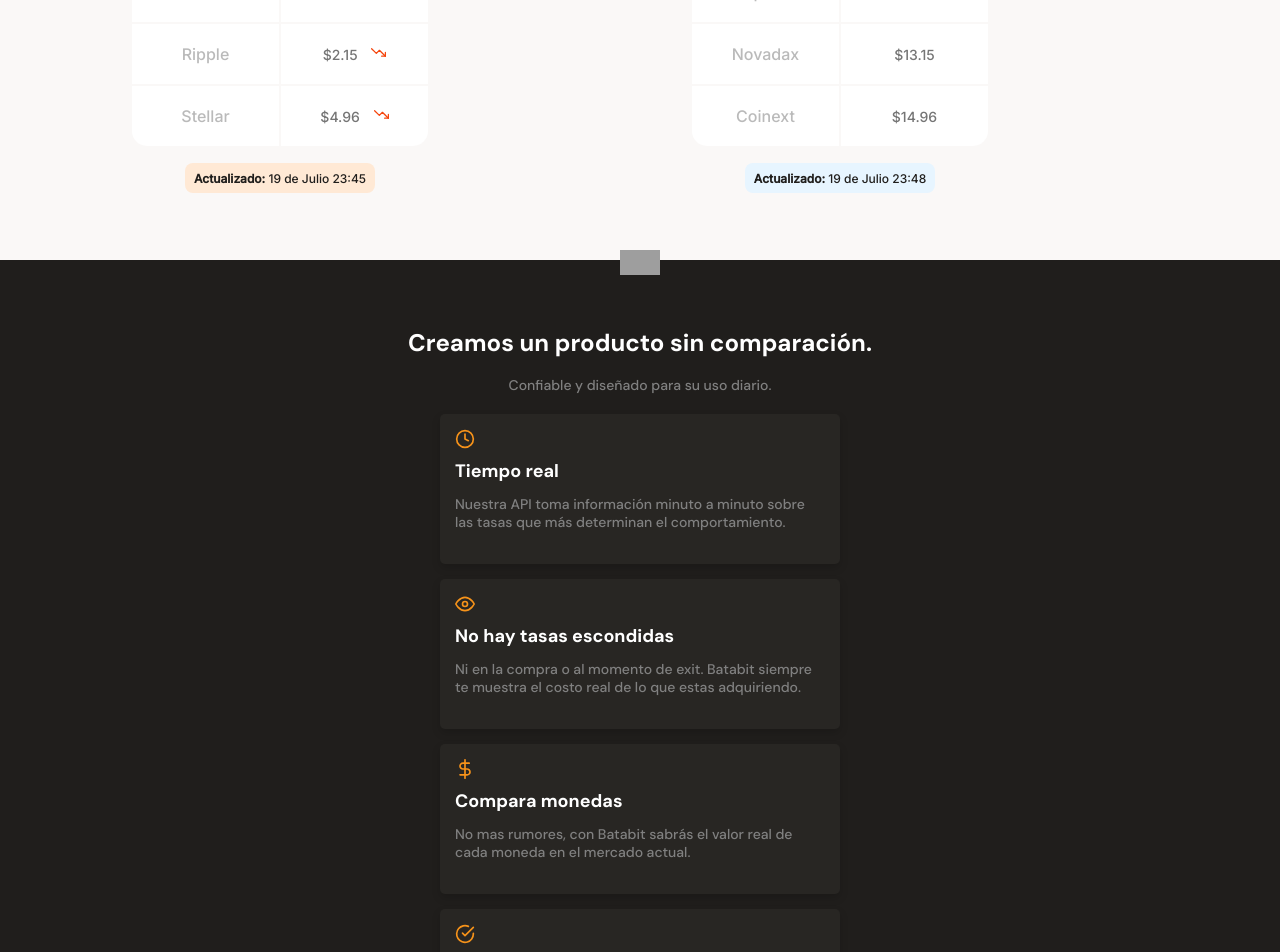
Repository: EnzoSz/Mobile-First
Page: index.html
An editor plug-in stored every save of this project. The page is shown before and after the next save, followed by the edit.
The browser window is 1280 px wide. The pictures show the part of the page from y = 906 to 1858 px (the page is 2992 px tall before and 3022 px after).
Pictures or frames that could not be fetched are drawn as grey boxes.

Above is the page before, as saved 2021-02-05 13:27:11.

### index.html
<!DOCTYPE html>
<html lang="en">
<head>
    <meta charset="UTF-8">
    <meta name="viewport" content="width=device-width, initial-scale=1.0">
    <title>Document</title>
    <link rel="preconnect" href="https://fonts.gstatic.com">
    <link href="https://fonts.googleapis.com/css2?family=DM+Sans:wght@400;500;700&family=Inter:wght@300;500&display=swap" rel="stylesheet">
    <link rel="stylesheet" href="./estilos.css">
</head>
<body>
    <header>
        <img src="./assets/img/logo.svg" alt="">
        <div class="header--title-container">
            <h1>La próxima revolución en el intercambio de criptomonedas.</h1>
            <p>Batabit te ayuda a navegar entre los diferentes precios y tendencias.</p>
            <a href="#plans" class="header--button">Conoce Nuestros Planes <span></span></a>
        </div>
    </header>
    <main>
        <section class="main-exchange-container">
            <div class="backgroundImg"></div>
            <div class="main.exchange-container--title">
                <h2>Visibilizamos todas las tasas de cambio.</h2>
                <p>
                    Traemos informacion en  tiempo real de las casas de cambio y las monedas más importante del mundo.

                </p>
            </div>
            <section class="main-tables-container">
                <div class="main-currency-table">
                    <p class="currency-table--title">Monedas</p>
                    <div class="currency-table--container">
                        <table>
                            <tr>
                                <td class="table__top-left">Bitcoin</td>
                                <td class="table__top-right table__right">$1.96 <span class="down"></span></td>
                            </tr>
                            <tr>
                                <td>Ethereum</td>
                                <td class="table__right">$0.07 <span class="up"></span></td>
                            </tr>
                            <tr>
                                <td>Ripple</td>
                                <td class="table__right">$2.15 <span class="down"></span></td>
                            </tr>
                            <tr>
                                <td class="table__bottom-left">Stellar</td>
                                <td class="table__bottom-right table__right">$4.96 <span class="down"></span></td>
                            </tr>
                        </table>
                    </div>
                    <div class="currency-table-date">
                        <p>
                            <b>Actualizado:</b> 19 de Julio 23:45
                        </p>
                    </div>
                </div>
                <div class="main-commissions-table">
                    <p class="commissions-table--title">Comisiones</p>
                    <div class="commissions-table--container">
                        <table>
                            <tr>
                                <td class="table__top-left">Bitrade</td>
                                <td class="table__top-right table__right">$12.96</td>
                            </tr>
                            <tr>
                                <td>Bitpreco</td>
                                <td class="table__right">$13.07</td>
                            </tr>
                            <tr>
                                <td>Novadax</td>
                                <td class="table__right">$13.15</td>
                            </tr>
                            <tr>
                                <td class="table__bottom-left">Coinext</td>
                                <td class="table__bottom-right table__right">$14.96</td>
                            </tr>
                        </table>
                    </div>
                    <div class="commissions-table-date">
                        <p>
                            <b>Actualizado:</b> 19 de Julio 23:48
                        </p>
                    </div>
                </div>
            </section>
        </section>
        <section class="main-product-detail">
            <span class="product-detail--batata-logo"></span>
            <div class="product-detail--title">
                <h2>
                    Creamos un producto sin comparación.
                </h2>
                <p>
                    Confiable y diseñado para su uso diario.
                </p>
            </div>
            <section class="product-cards--container">
                <article class="product-detail--card">
                    <span class="icon-card clock"></span>
                    <p class="product--card-title">Tiempo real</p>
                    <p class="product--card-body">
                        Nuestra API toma información minuto a minuto sobre las tasas que más determinan el comportamiento.
                    </p>
                </article>
                <article class="product-detail--card">
                    <span class="icon-card eye "></span>
                    <p class="product--card-title">No hay tasas escondidas</p>
                    <p class="product--card-body">
                        Ni en la compra o al momento de exit. Batabit siempre te muestra el costo real de lo que estas adquiriendo.
                    </p>
                </article>
                <article class="product-detail--card">
                    <span class="icon-card dollar "></span>
                    <p class="product--card-title">Compara monedas</p>
                    <p class="product--card-body">
                        No mas rumores, con Batabit sabrás el valor real de cada moneda en el mercado actual.
                    </p>
                </article>
                <article class="product-detail--card">
                    <span class="icon-card check "></span>
                    <p class="product--card-title">información confiable</p>
                    <p class="product--card-body">
                        Nuestras fuentes estan 100% verificadas y continuamos auditando su contenido mientras se actualizan.
                    </p>
                </article>
            </section>

        </section>
        <section class="bitcoin-img-container">
            <h2>Conócelo hoy.</h2>
        </section>
        <section id="plans" class="main-plans-container">
            <div class="plans--title">
                <h2>Escoge un plan que mejor se ajuste a ti.</h2>
                <p>Cualquier plan te da acceso completo a nuestra plataforma.</p>
            </div>
            <section class="plans-container--slider">
                <article class="plan-container--card">
                    <p class="recomendado">Recomendado</p>
                    <div class="plan-info-container">
                        <h3 class="plan-card--title">Pago Anual</h3>
                        <p class="plan-card--price"><span>$</span>99</p>
                        <p class="plan-card--saving">* Ahorras $129 comparado al plan mensual.</p>
                        <button class="plan-card--ca">Escoger este <span></span></button>
                    </div>
                </article>
                <article class="plan-container--card">
                    <p class="basico">Basico</p>
                    <div class="plan-info-container">
                        <h3 class="plan-card--title">Pago Mensual</h3>
                        <p class="plan-card--price"><span>$</span>150</p>
                        <p class="plan-card--saving">* Contas con todos los beneficios.</p>
                        <button class="plan-card--ca">Escoger este <span></span></button>
                    </div>
                </article>
                <article class="plan-container--card">
                    <p class="premium">Premiun</p>
                    <div class="plan-info-container">
                        <h3 class="plan-card--title">Pago Anual</h3>
                        <p class="plan-card--price"><span>$</span>200</p>
                        <p class="plan-card--saving">* Podrás invitar a un familiar o amigo.</p>
                        <button class="plan-card--ca">Escoger este <span></span></button>
                    </div>
                </article>
            </section>
        </section>
    </main>
    <footer></footer>
</body>
</html>

### estilos.css
/*
1. Posicionamiento
2. Modelo de caja (Box model)
3. Tipografía
4. Visuales
5. Otros
*/
:root {
    /*Colores */
    --bitcoin-orange: #F7931A;
    --soft-orange: #FFE9D5;
    --secondary-blue: #1A9AF7;
    --soft-blue: #E7F5FF;
    --warm-black: #201E1C;
    --warm-black1: #282623;
    --grey: #BABABA;
    --off-white: #FAF8F7;
    --just-white: #FFFFFF;
}
* {
    box-sizing: border-box;
    margin: 0;
    padding: 0;
}
html {
    font-size: 62.5%;
    font-family: 'DM Sans', sans-serif;
}
header {
    position: relative;
    display: flex;
    flex-direction: column;
    justify-content: center;
    width: 100%;
    min-width: 32rem;
    height: 33.4rem;
    text-align: center;
    background: linear-gradient(207.8deg, #201E1C 16.69%, #F7931A 100%);;
}
header img {
    width: 15rem;
    height: 2.4rem;
    margin-top: 6.0rem;
    align-self:center;
}
.header--title-container {
    width: 90%;
    min-width: 28.8rem;
    max-width: 90rem;
    height: 21.8rem;
    margin-top: 4rem;
    text-align: center;
    align-self:center;

}
.header--title-container h1 {
    font-size: 2.4rem;
    font-weight: bold;
    line-height: 2.6rem;
    color: var(--just-white);
}
.header--title-container p {
    margin-top: 25px;
    font-size: 1.4rem;
    font-weight: 500;
    line-height: 1.8rem;
    color: var(--soft-orange);
}
.header--title-container .header--button {
    position: absolute;
    left: calc(50% - 118px);
    top: 270px;
    display: block;
    margin-top: 35px;
    padding: 15px;
    width: 229px;
    height: 48px;
    background-color: var(--off-white);
    /*Sombra*/
    box-shadow: 0px 4px 8px rgba(89, 73, 30, 0.16);
    border: none;
    border-radius: 5px;
    font-size: 1.4rem;
    font-weight: bold;
    text-decoration: none;
    color: var(--warm-black1);
}
.header--button span {
    display: inline-block;
    width: 13px;
    height: 8px;
    margin-left: 10px;
    background-image: url('./assets/icons/arrow-down.svg');
}
main {
    width: 100%;
    height: auto;
    background-color: var(--off-white);
}
.main-exchange-container {
    width: 100%;
    height: auto;
    padding-top: 80px;
    padding-bottom: 30px;
    text-align: center;
}
.main-exchange-container--title {
    width: 90%;
    min-width: 288px;
    max-width: 900px;
    margin: 0 auto;
}
.main-exchange-container .backgroundImg {
    width: 200px;
    height: 200px;
    margin: 0 auto;
    margin-bottom: 50px;
    background-image:url('./assets/img/bitcoin.svg');
    background-size: cover;
    background-position: center;
    background-repeat: no-repeat;
}
.main-exchange-container h2 {
    margin-bottom: 30px;
    font-size: 2.4rem;
    font-weight: bold;
    line-height: 2.6rem;
    color: var(--warm-black1);
}
.main-exchange-container p {
    margin-bottom: 30px;
    font-size: 1.4rem;
    font-weight: 500;
    line-height: 1.6rem;
    color: #757575;
}
.main-tables-container {
    display: flex;
    height: 370px;
    overflow-x: scroll;
    overscroll-behavior: contain;
    scroll-snap-type: x proximity;
}
.main-currency-table, .main-commissions-table {
    width: 70%;
    scroll-snap-align: center;
    min-width: 235px;
    max-width: 500px;
    height: 360px;
    margin: 0 30px;
    font-family: "Inter", sans-serif;
}
.main-currency-table .currency-table--title {
    margin-bottom: 15px;
    font-size: 1.8rem;
    font-weight: bold;
    line-height: 2.3rem;
    color: var(--bitcoin-orange);
}
.currency-table--container, .commissions-table--container {
    width: 90%;
    min-width: 230px;
    max-width: 300px;
    height: 250px;
    margin: 0 auto;
}
.currency-table--container table, .commissions-table--container table {
    width: 100%;
    height: 100%;
}
.currency-table--container td, .commissions-table--container td {
    width: 50%;
    font-size: 1.6rem;
    font-weight: 500;
    line-height: 1.9rem;
    color: var(--grey);
    background-color: var(--just-white);
}
.currency-table--container .table__top-left, .commissions-table--container .table__top-left {
    border-radius: 15px 0 0 0;
}
.currency-table--container .table__top-right, .commissions-table--container .table__top-right {
    border-radius: 0 15px 0 0;
}
.currency-table--container .table__bottom-left, .commissions-table--container .table__bottom-left {
    border-radius: 0 0 0 15px;
}
.currency-table--container .table__bottom-right, .commissions-table--container .table__bottom-right {
    border-radius: 0 0 15px 0;
}
.currency-table--container .table__right, .commissions-table--container .table__right {
    font-size: 1.4rem;
    font-weight: normal;
    line-height: 1.7rem;
    color: #757575;
}
.currency-table--container .down {
    display: inline-block;
    width: 15px;
    height: 15px;
    margin-left: 10px;
    background-image: url('./assets/icons/trending-down.svg');
    background-size: cover;
    background-position: center;
    background-repeat: no-repeat;
}
.currency-table--container .up {
    display: inline-block;
    width: 15px;
    height: 15px;
    margin-left: 10px;
    background-image:url('./assets/icons/trending-up.svg');
    background-position: center;
    background-repeat:no-repeat;
}
.currency-table-date {
    width: 190px;
    height: 30px;
    margin: 0 auto;
    margin-top: 15px;
    padding: 8px;
    background-color: var(--soft-orange);
    border-radius: 8px;
}
.currency-table-date p {
    font-size: 1.2rem;
    line-height: 1.5rem;
    color: var(--warm-black);
}
.main-commissions-table .commissions-table--title {
    margin-bottom: 15px;
    font-size: 1.8rem;
    font-weight: bold;
    line-height: 2.3rem;
    color: var(--secondary-blue);
}
.commissions-table-date {
    width: 190px;
    height: 30px;
    margin: 0 auto;
    margin-top: 15px;
    padding: 8px;
    background-color: var(--soft-blue);
    border-radius: 8px;
}
.commissions-table-date p {
    font-size: 1.2rem;
    line-height: 1.5rem;
    color: var(--warm-black);
}
.main-product-detail {
    position: relative;
    width: 100%;
    min-width: 320px;
    height: auto;
    padding: 20px 10px;
    background-color: var(--warm-black);
}
.product-detail--batata-logo {
    position: absolute;
    width: 40px;
    height: 25px;
    top: -10px;
    left: calc(50% - 20px);
    background-image: url('./assets/icons/batata.svg');
}
.product-detail--title {
    width: 90%;
    min-width: 288px;
    height: auto;
    margin: 0 auto;
    margin-top: 50px;
    text-align: center;
}
.product-detail--title h2 {
    margin-bottom: 20px;
    font-size: 2.4rem;
    font-weight: bold;
    line-height: 2.6rem;
    color: var(--just-white);
}
.product-detail--title p {
    margin-bottom: 20px;
    font-size: 1.4rem;
    font-weight: 500;
    line-height: 1.8rem;
    color: #808080;
}
.product-detail--card {
    width: 90%;
    min-width: 288px;
    max-width: 400px;
    min-height: 150px;
    margin: 15px auto;
    padding: 15px;
    background-color:var(--warm-black1);
    border-radius: 5px;
    box-shadow: 0 4px 8px rgba(0, 0, 0, 0.16);
}
.product-detail--card .icon-card {
    display: inline-block;
    width: 20px;
    height: 20px;
    margin-bottom: 10px;
    background-size: cover;
    background-position: center;
    background-repeat: no-repeat;
}
.clock {
    background-image: url('./assets/icons/clock.svg');
}
.product--card-title {
    margin-bottom: 15px;
    font-size: 1.8rem;
    font-weight: bold;
    line-height: 1.8rem;
    color: var(--just-white);
}
.product--card-body {
    font-size: 1.4rem;
    font-weight: 500;
    line-height: 1.8rem;
    color: #808080;
}
.eye {
    background-image: url('./assets/icons/eye.svg');
}
.dollar {
    background-image: url('./assets/icons/dollar-sign.svg');
}
.check {
    background-image: url('./assets/icons/check-circle.svg');
}
.bitcoin-img-container {
    width: 100%;
    min-width: 320px;
    height: 60vh;
    background-image: url('./assets/img/bitcoinbaby1.jpg');
    background-position: center;
    background-size: cover;
    background-repeat: no-repeat;
    text-align: center;
}
.bitcoin-img-container h2 {
    padding-top: 30px;
    font-size: 2.4rem;
    font-weight: bold;
    line-height: 2.6rem;
    color: var(--just-white);
}
.main-plans-container {
    width: 100%;
    min-width: 320px;
    padding-bottom: 70px;
    text-align: center;

}
.plans--title {
    width: 90%;
    min-width: 288px;
    height: auto;
    margin: 0 auto;
    margin-bottom: 50px;
}
.plans--title h2 {
    padding-top: 50px;
    font-size: 2.4rem;
    font-weight: bold;
    line-height: 2.6rem;
    color: var(--warm-black);
}
.plans--title p {
    padding-top: 30px;
    font-size: 1.4rem;
    font-weight: 500;
    line-height: 1.8rem;
    color: #757575;
}
.plan-container--card {
    position: relative;
    scroll-snap-align: center;
    width: 70%;
    min-width: 230px;
    max-width: 300px;
    height: 250px;
    margin: 50px 10px 0;
    padding: 0 15px;
    background-color: var(--just-white);
    border-radius: 15px;
    box-shadow: 0 4px 8px rgba(89, 73,30, 0.16);
}
.recomendado, .basico, .premium {
    position: absolute;
    width: 120px;
    height: 31px;
    top: -15px;
    left: calc(50% - 60px);
    font-size: 1.2rem;
    background-color: var(--bitcoin-orange);
    border-radius: 8px;
    color: var(--just-white);
    padding: 6px;
}
.plan-card--title {
    padding-top: 30px;
    font-size: 1.4rem;
    font-weight: 500;
    line-height: 1.8rem;
    color: black;

}
.plan-card--price {
    padding: 5px 0;
    font-size: 5.2rem;
    font-weight: bold;
    line-height: 5.3rem;
    color: black;
}
.plan-card--price span {
    font-size: 1.2rem;
    font-weight: 300;
    vertical-align: text-top;
}
.plan-card--saving {
    font-size: 1.2rem;
    color: #757575;
}
.plan-card--ca {
    width: 150px;
    height: 48px;
    margin-top: 20px;
    background-color: #FAF8F7;
    border: 2px solid var(--bitcoin-orange);
    border-radius: 4px;
    font-size: 1.4rem;
    font-family: 'DM Sans', sans-serif;
    font-weight: bold;
    line-height: 1.8rem;
    color: var(--warm-black);

}
.plan-card--ca span {
    display: inline-block;
    width: 20px;
    height: 20px;
    background-image: url('./assets/icons/arrow-right.svg');
    vertical-align: text-bottom;
}
.plans-container--slider {
    display: flex;
    height: 316px;
    overflow-x: scroll;
    overscroll-behavior: contain;
    scroll-snap-type: x proximity;
}

After the next save:
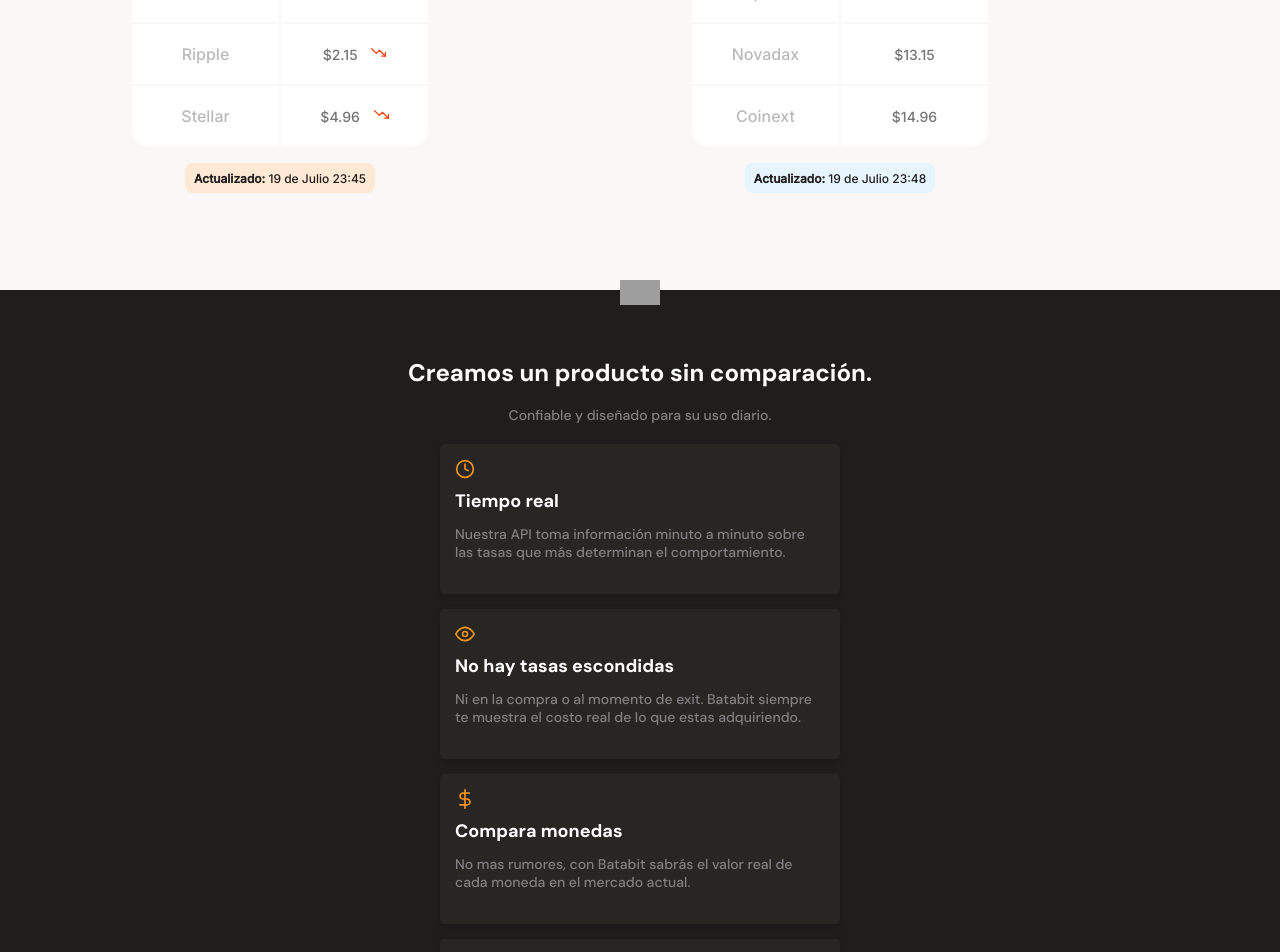
Saved 23 s later.
--- a/estilos.css
+++ b/estilos.css
@@ -136,7 +136,7 @@
 }
 .main-tables-container {
     display: flex;
-    height: 370px;
+    height: 400px;
     overflow-x: scroll;
     overscroll-behavior: contain;
     scroll-snap-type: x proximity;
